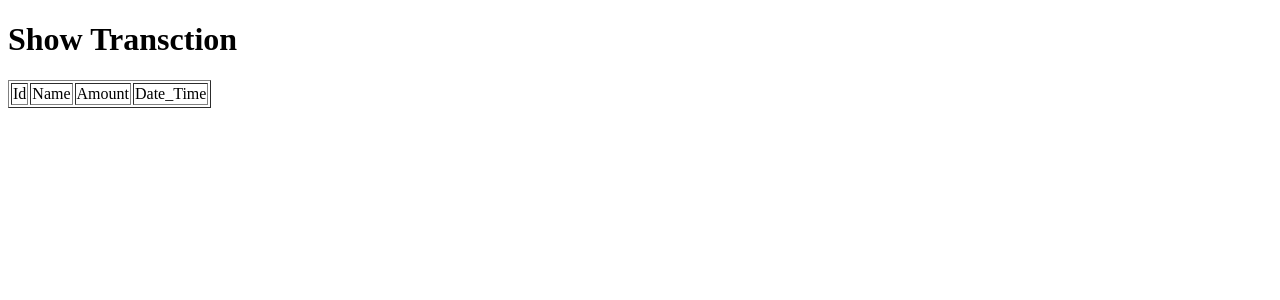
Repository: rukmini10/DXC
Page: http://localhost/Account/show_transaction.jsp
An editor plug-in stored every save of this project. The page is shown before and after the next save, followed by the edit.
The browser window is 1280 px wide. The pictures show the whole page.
The page is served by Tomcat 9. Nobody is signed in. The application's start-up code is not run. Queries for data that is not in the repository find no rows.

Above is the page before, as saved 2022-05-07 08:57:21.

After the next save:
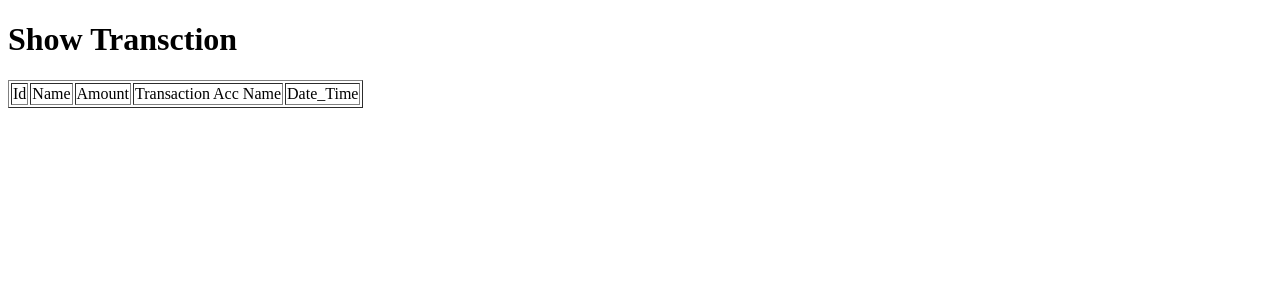
Saved 27 min 29 s later.
--- a/DXC_MAVEN/Account/src/main/webapp/show_transaction.jsp
+++ b/DXC_MAVEN/Account/src/main/webapp/show_transaction.jsp
@@ -29,6 +29,7 @@ ResultSet resultSet = null;
 <td>Id</td>
 <td>Name</td>
 <td>Amount</td>
+<td>Transaction Acc Name</td>
 <td>Date_Time</td>
 </tr>
 <%
